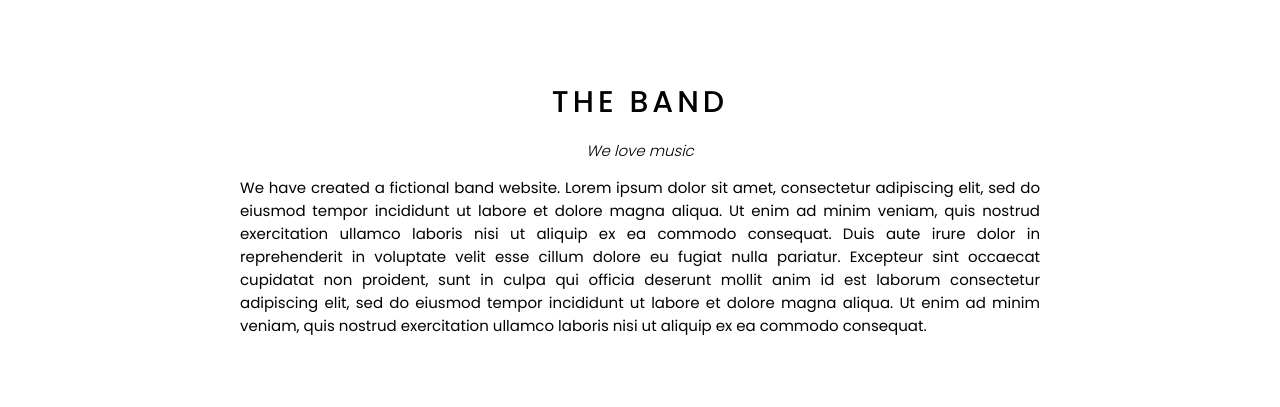
Repository: dptuyen1/the-band
Page: index.html
The author's editor kept a copy of each file at every save. The page is drawn from the files as they stood at one save, then again after the next save.
The browser window is 1280 px wide. The pictures show the part of the page from y = 690 to 1146 px (the page is 1097 px tall before and 1146 px after).

Above is the page before, as saved 2023-06-02 14:50:23.

### index.html
<!DOCTYPE html>
<html lang="en">
  <head>
    <meta charset="UTF-8" />
    <meta http-equiv="X-UA-Compatible" content="IE=edge" />
    <meta name="viewport" content="width=device-width, initial-scale=1.0" />
    <title>Document</title>
    <link rel="stylesheet" href="./assets/css/style.css" />
    <link
      rel="stylesheet"
      href="https://cdnjs.cloudflare.com/ajax/libs/font-awesome/6.4.0/css/all.min.css"
      integrity="sha512-iecdLmaskl7CVkqkXNQ/ZH/XLlvWZOJyj7Yy7tcenmpD1ypASozpmT/E0iPtmFIB46ZmdtAc9eNBvH0H/ZpiBw=="
      crossorigin="anonymous"
      referrerpolicy="no-referrer"
    />
  </head>

  <body>
    <div id="wrapper">
      <header id="header">
        <ul id="nav">
          <li><a href="#">HOME</a></li>
          <li><a href="#">BAND</a></li>
          <li><a href="#">TOUR</a></li>
          <li><a href="#">CONTACT</a></li>
          <li>
            <a href="#">
              MORE
              <i class="fa-solid fa-caret-down"></i>
            </a>
            <ul class="sub-nav">
              <li><a href="#">Merchandise</a></li>
              <li><a href="#">Extras</a></li>
              <li><a href="#">Media</a></li>
            </ul>
          </li>
        </ul>
        <a href="#" class="search-btn">
          <i class="fa-solid fa-magnifying-glass"></i>
        </a>
      </header>
      <div id="slider">
        <div class="text-content">
          <h2 class="text-heading">New York</h2>
          <p class="text-description">
            The atmosphere in New York is lorem ipsum
          </p>
        </div>
      </div>
      <main id="content">
        <section class="content-section">
          <h2 class="section-heading">THE BAND</h2>
          <p class="section-slogan"><i>We love music</i></p>
          <p class="about-text">
            We have created a fictional band website. Lorem ipsum dolor sit
            amet, consectetur adipiscing elit, sed do eiusmod tempor incididunt
            ut labore et dolore magna aliqua. Ut enim ad minim veniam, quis
            nostrud exercitation ullamco laboris nisi ut aliquip ex ea commodo
            consequat. Duis aute irure dolor in reprehenderit in voluptate velit
            esse cillum dolore eu fugiat nulla pariatur. Excepteur sint occaecat
            cupidatat non proident, sunt in culpa qui officia deserunt mollit
            anim id est laborum consectetur adipiscing elit, sed do eiusmod
            tempor incididunt ut labore et dolore magna aliqua. Ut enim ad minim
            veniam, quis nostrud exercitation ullamco laboris nisi ut aliquip ex
            ea commodo consequat.
          </p>
        </section>
      </main>
      <footer id="footer"></footer>
    </div>
  </body>
  <script src="./assets/js/script.js"></script>
</html>

### assets/css/style.css
@import url("https://fonts.googleapis.com/css2?family=Poppins:wght@300;400;500;600;700&display=swap");

* {
  padding: 0;
  margin: 0;
  box-sizing: border-box;
}

html {
  font-size: 62.5%;
  font-family: "Poppins", sans-serif;
  scroll-behavior: smooth;
}

:root {
  --white: #fff;
  --black: #000;
  --text: #333;
}

#wrapper {
}
#header {
  height: 50px;
  background-color: var(--black);
  position: fixed;
  width: 100%;
  top: 0;
  /* or
  right: 0;
  left: 0; */
  z-index: 1;
}
#nav,
.sub-nav {
  list-style: none;
}
#nav li {
  display: inline-block;
  position: relative;
}

#nav li a {
  font-size: 1.6rem;
  text-decoration: none;
  line-height: 50px;
  padding: 0 24px;
  display: inline-block;
}

#nav > li > a {
  color: var(--white);
}

#nav li:hover > a {
  background-color: #ccc;
  color: var(--text);
}

#nav li:hover .sub-nav {
  display: block;
}

#nav .sub-nav {
  display: none;
  min-width: 160px;
  position: absolute;
  /* Cách top 1 đoạn = chiều cao thẻ cha (li) */
  top: 100%;
  /* Cách left 1 đoạn = chiều rộng thẻ cha (li)
  left: 100%; */
  left: 0;
  background-color: var(--white);
  box-shadow: 0 0 10px rgba(0, 0, 0, 0.3);
}

.sub-nav * {
  width: 100%;
}

#nav .sub-nav a {
  color: var(--black);
  padding: 0 16px;
  line-height: 40px;
}

.search-btn {
  display: block;
  font-size: 1.6rem;
  line-height: 50px;
  color: var(--white);
  padding: 0 16px;
  position: absolute;
  top: 0;
  right: 0;
}

.search-btn:hover {
  background-color: #f44336;
}

#slider {
  /* Với giá trị %: 50% chiều ngang của chính nó */
  padding-top: 50%;
  margin-top: 50px;
  background-image: url(https://www.w3schools.com/w3images/chicago.jpg);
  background-position: top center;
  background-repeat: no-repeat;
  background-size: cover;
  position: relative;
}

#slider .text-content {
  color: var(--white);
  position: absolute;
  left: 50%;
  bottom: 50px;
  transform: translateX(-50%);
  text-align: center;
}

#slider .text-heading {
  font-size: 1.8rem;
  font-weight: 500;
}

#slider .text-description {
  font-size: 1.6rem;
}
#content {
}

.content-section {
  width: 800px;
  margin: 0 auto;
  padding: 70px 0;
}

.section-heading,
.section-slogan {
  text-align: center;
}

.section-heading {
  font-size: 3rem;
  font-weight: 500;
  letter-spacing: 4px;
  margin: 10px 0;
}

.section-slogan {
  font-size: 1.5rem;
  font-weight: 300;
  margin: 14px 0;
}

.about-text {
  font-size: 1.5rem;
  text-align: justify;
}

#footer {
}

Loaded but not shown: assets/js/script.js (no copy from this time; the picture is the same without it)

After the next save:
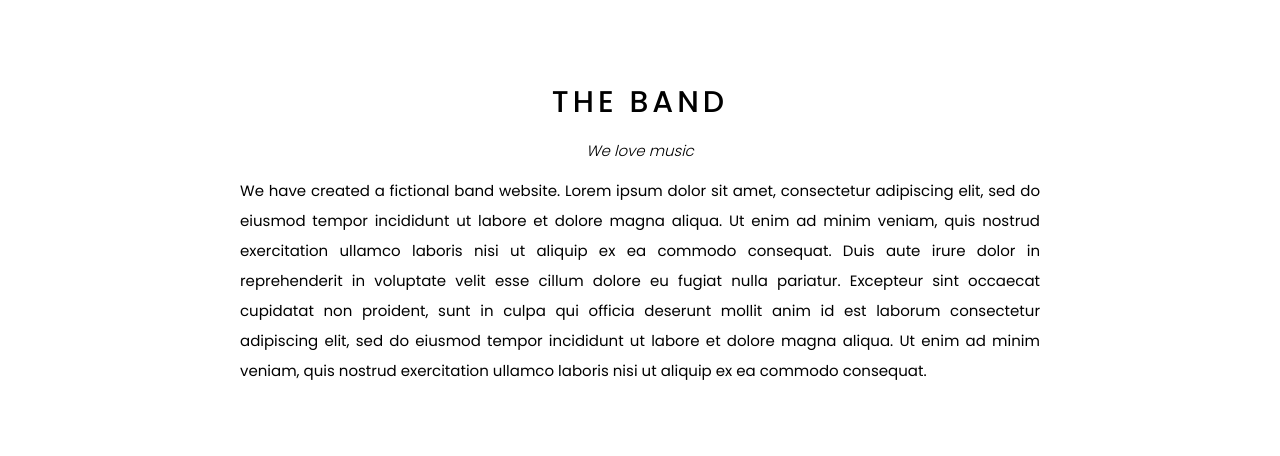
Saved 26 s later.
--- a/assets/css/style.css
+++ b/assets/css/style.css
@@ -157,6 +157,7 @@ html {
 .about-text {
   font-size: 1.5rem;
   text-align: justify;
+  line-height: 2;
 }
 
 #footer {
